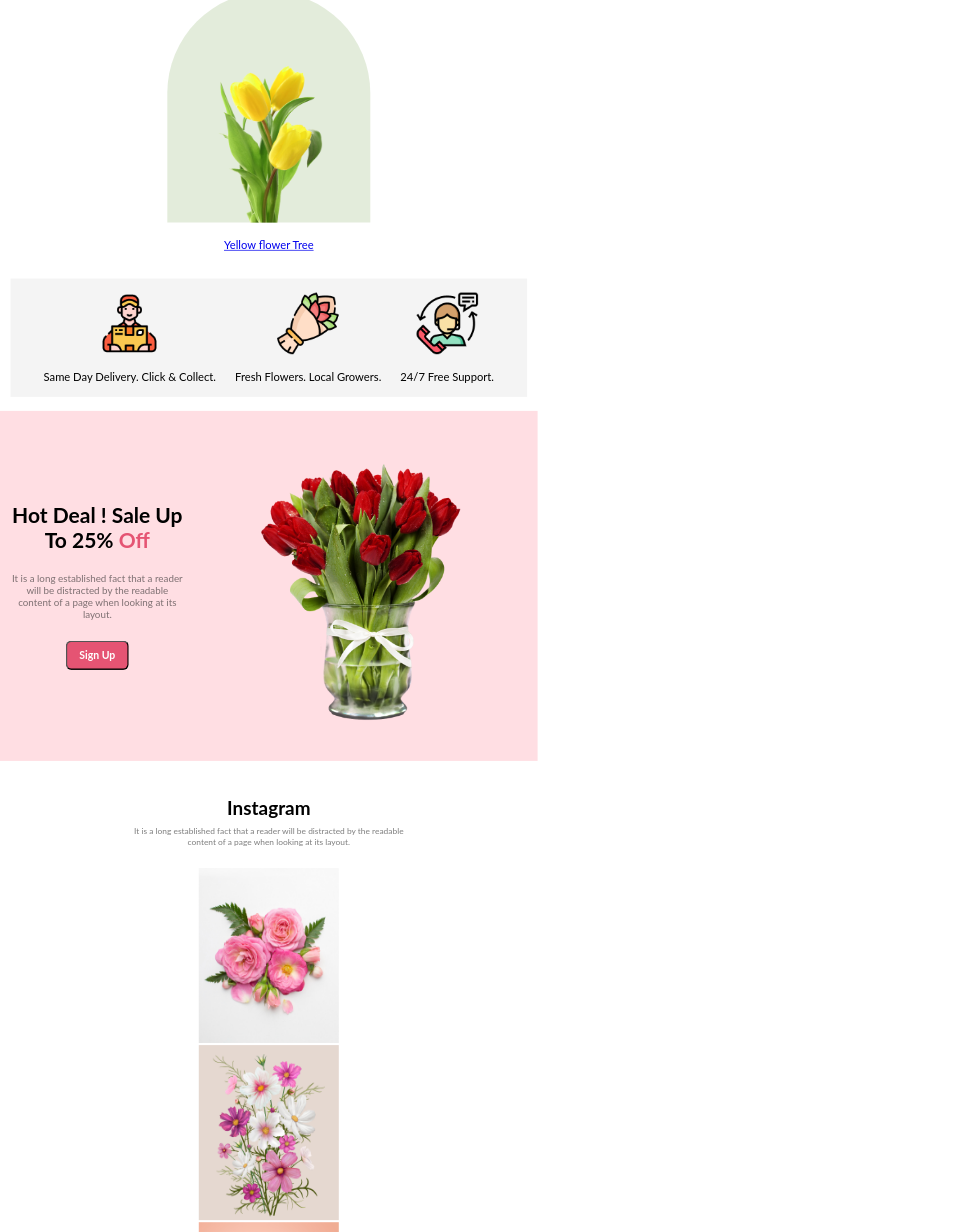
Repository: sadiaafsana138/Flower-Shop_Responsive
Page: index.html
An editor plug-in stored every save of this project. The page is shown before and after the next save, followed by the edit.
The browser window is 768 px wide. The page is 1400 px wide, so the pictures cover 1400 px, including what lies to the right of the window. The pictures show the part of the page from y = 1440 to 3200 px (the page is 4954 px tall), at 70% of full size.

Above is the page before, as saved 2023-09-07 05:50:42.

### index.html
<!DOCTYPE html>
<html lang="en">

<head>
    <meta charset="UTF-8">
    <meta name="viewport" content="width=device-width, initial-scale=1.0">
    <title>Flower Shop</title>
    <link rel="stylesheet" href="Flower.css">
</head>
<body>
    <header>
        <section class="Section1">
            <div>
                <div id="HeaderText1">
                    <h1>
                        Let's make<br>beautiful flowers<br>a part of your life.
                    </h1>
                </div>
                <div id="HeaderText2">
                    <p>
                        It is a long established fact that a reader will be distracted by the readable<br>content of a
                        page when looking at its layout. The point of using Lorem Ipsum is<br>that it has a more-or-less
                        normal distribution of letters.
                    </p>
                </div>
                <button class="Main_button">
                    Shop Now
                </button>
            </div>
            <div class="flowerBanner">
                <img src="Images/1.png" alt="Cover image" height="500px" width="400px">
            </div>
        </section>
    </header>
    <main>
        <section class="Section2">
            <div>
                <div id="Section_2_header1">
                    <h1>
                        Our Featured Flowers
                    </h1>
                </div>
                <div>
                    <p id="Section_2_header2">
                        It is a long established fact that a reader will be distracted by the readable<br>content of a
                        page when looking at its layout.
                    </p>
                </div>
            </div>
            <div class="Section_2_pictures">
                <div id="sec2_pic1">
                    <img src="Images/2.png" alt="" height="250px" width="180px">
                    <br>
                    <br>
                    <a href="https://flowersourcebd.com/" target="_blank">
                        Pink flower Tree
                    </a>
                </div>
                <div id="sec2_pic2">
                    <img src="Images/3.png" alt="" height="250px" width="230px">
                    <br>
                    <br>
                    <a href="https://flowersourcebd.com/" target="_blank">
                        Multi flower Tree
                    </a>
                </div>
                <div id="sec2_pic3">
                    <img src="Images/4.png" alt="" height="250px" width="180px">
                    <br>
                    <br>
                    <a href="https://flowersourcebd.com/" target="_blank">
                        Yellow flower Tree
                    </a>
                </div>
            </div>
        </section>
        <section class="Section3">
            <div class="Sec3_pic">
                <div>
                    <img src="Images/5.png" alt="">
                    <br>
                    <br>
                    <p>Same Day Delivery. Click & Collect.</p>
                </div>
                <div>
                    <img src="Images/6.png" alt="">
                    <br>
                    <br>
                    <p>Fresh Flowers. Local Growers.</p>
                </div>
                <div>
                    <img src="Images/7.png" alt="">
                    <br>
                    <br>
                    <p>24/7 Free Support.</p>
                </div>
            </div>
        </section>
        <section class="Section4">
            <div>
                <div id="Sec4_text1">
                    <h1>
                        Hot Deal ! Sale Up To 25% <span id="off_color">Off</span>
                    </h1>
                </div>
                <br>
                <div id="Sec4_text2">
                    <p>
                        It is a long established fact that a reader will be distracted by the readable<br>content of a page when looking at its layout.
                    </p>
                </div>
                <br>
                <button class="Main_button">
                    Sign Up
                </button>
            </div>
            <div id="sec4_vas">
                <img src="Images/8.png" alt="" height="380px" width="300px">
            </div>
        </section>
        <section class="Section5">
            <div>
                <div id="Section_2_header1">
                    <h1>
                        Instagram
                    </h1>
                </div>
                <div>
                    <p id="Section_2_header2">
                        It is a long established fact that a reader will be distracted by the readable<br>content of a
                        page when looking at its layout.
                    </p>
                </div>
            </div>
            <div class="Section_2_pictures">
                <div>
                    <img src="Images/9.png" alt="" height="250px" width="200px">
                </div>
                <div>
                    <img src="Images/10.png" alt="" height="250px" width="200px">
                </div>
                <div>
                    <img src="Images/11.png" alt="" height="250px" width="200px">
                </div>
                <div>
                    <img src="Images/12.png" alt="" height="250px" width="200px">
                </div>
            </div>
        </section>
        <section class="Section6">
            <div>
                <img src="Images/14.png" alt="" height="320px" width="700px">
                <br>
                <button class="ways">
                    See more
                </button>
            </div>
            <div>
                <img src="Images/15.png" alt="" height="320px" width="700px">
                <br>
                <input type="text" placeholder="Write your meessage here" size="50">
                <button class="message">
                    Submit
                </button>
            </div>
        </section>
        <section class="Section7">
            <div class="Sec7">
                <div id="Section_2_header1">
                    <h1>
                        Get The Latest Deals
                    </h1>
                </div>
                <div>
                    <p id="Section_2_header2">
                        $30 coupon for first shopping
                    </p>
                </div>
                <div>
                    <input type="email" placeholder="Input your Email Id here" size="50">
                <button class="message">
                    Subscribe
                </button>
                </div>
            </div>
        </section>
    </main>
    <footer>
        <section class="Section8">
            <div>
                <div id="Sec4_text1">
                    <h1>
                        <span id="off_color">Flower</span><span class="white_color">Shop</span>
                    </h1>
                </div>
                <br>
                <div id="Sec4_text2">
                    <p class="white_color">
                        It is a long established fact that a reader will be distracted by the readable<br>content of a page when looking at its layout.
                    </p>
                    <br>
                    <p id="assh">
                        @2020-2023, FlowerShop.com. All rights reserved
                    </p>
                </div>
            </div>
        </section>
    </footer>
</body>
</html>

### Flower.css
*{
    margin:0px;
    font-family: Lato;
    font-style: normal;
}
/*Section 1*/
.Section1{
    background-color: rgb(255, 222, 227);
    height:500px;
    width: 100%;
    display: flex;
    justify-content: space-around;
}
#HeaderText1{
    padding: 100px 70px 5px 100px;
    font-size:  25px;
    font-weight: 800;

}
#HeaderText2{
    padding: 10px 0px 5px 100px;
    font-size:  12px;
    font-weight: 400;
    color:rgba(39, 39, 39, 0.60);
}
.Main_button{
    border-radius: 8px;
    background: #E55473;
    color: #FFF;
    font-size: 15px;
    font-weight: 700;
    padding: 10px 17px;
    margin: 10px 0px 0px 100px;
}
/*Section 2*/
#Section_2_header1{
    padding: 50px 0px 10px 0px;
    font-size:  18px;
    font-weight: 800;
    text-align: center;
}
#Section_2_header2{
    font-size:  12px;
    font-weight: 400;
    color:rgba(39, 39, 39, 0.60);
    text-align: center;
}
.Section_2_pictures{
    margin: 30px 150px 0px;
    justify-content: space-around;
    display: flex;
}
#sec2_pic1{
    border-radius: 300px 300px 0px 0px;
    background: rgba(167, 33, 98, 0.15);
    height:250px ;
    width: 230px;
    padding: 80px 30px 0px 30px;
    text-align: center;
}
#sec2_pic2{
    border-radius: 300px 300px 0px 0px;
    background:rgba(5, 151, 160, 0.15);
    height: 250px;
    width: 230px;
    padding: 80px 30px 0px 30px;
    text-align: center;
}
#sec2_pic3{
    border-radius: 300px 300px 0px 0px;
    background: rgba(71, 125, 17, 0.15);
    height: 250px;
    width: 230px;
    padding: 80px 30px 0px 30px;
    text-align: center;

}
/*Section 3*/
.Sec3_pic{
    background: rgba(39, 39, 39, 0.05);
    margin: 100px 185px 0px;
    padding: 50px 0px 30px;
    justify-content: space-around;
    display: flex;
    text-align: center;
}
/* Section 4 */
.Section4{
    margin-top: 50px;
    background-color: rgb(255, 222, 227);
    height:500px;
    width: 100%;
    display: flex;
    justify-content: space-around;
    text-align: center;
}
#Sec4_text1{
    padding: 200px 70px 5px 170px;
    font-size:25px;
    font-weight: 800;
}
#Sec4_text2{
    padding: 10px 0px 0px 100px;
    font-size:  15px;
    font-weight: 400;
    color:rgba(39, 39, 39, 0.60);
}
#off_color{
    color: #E55473;
}
#sec4_vas{
    padding: 100px 120px ;
}
/*section 6 */
.Section6{
    margin-top: 50px;
    background-color: rgb(255, 222, 227);
    height:400px;
    width: 100%;
    display: flex;
    justify-content: space-around;
}
.message{
    border-radius: 8px;
    background: #E55473;
    color: #FFF;
    font-size: 15px;
    font-weight: 700;
    padding: 10px 25px;
    margin: 10px 0px 0px 10px;
}
.ways{
    border-radius: 8px;
    background: #E55473;
    color: #FFF;
    font-size: 15px;
    font-weight: 700;
    padding: 10px 30px;
    margin: 10px 250px ;
}
/*section 7*/
.Section7{
    background-image: url(Images/13.png);
    margin: 100px 185px 0px;
}
.Sec7{
    padding: 50px 0px 30px;
    text-align: center;
}
/*Section 8*/
.Section8{
    margin-top: 50px;
    background-color: rgb(0, 0, 0);
    height:400px;
    width: 100%;
    text-align: center;

}
.white_color{
    color: #FFF;
}
#assh{
    color: rgba(169, 169, 169, 0.589);
}




/*Responsive*/
/*Tab*/
@media screen and (min-width:768px) and (max-width:992px) {
    .Section1{
    height:505px;
    justify-content: space-evenly;
    }
    #HeaderText1{
        padding: 100px 10px 10px 10px;
    }
    #HeaderText2{
        padding: 10px;
    }
    .Main_button{
        margin: 10px 0px 0px 10px;
    }
    .flowerBanner img{
        max-width:100% ;
        height: auto;
    }
    .Section2{
        padding:10px;
    }
    .Section_2_pictures{
        margin: 30px 150px 0px;
        justify-content: space-evenly;
    }
    .Section4{
        margin-top: 20px;
        justify-content: space-evenly;
    }
    #Sec4_text1{
        padding: 130px 0px 5px 10px;
        font-size:20px;
    }
    #Sec4_text2{
        padding: 5px 0px 0px 10px;
        font-size:  14px;
    }
    #sec4_vas{
        padding: 70px 100px ;
    }

}







/*Mobile*/
@media screen and (max-width:768px) {
    .Section1{
        height:505px;
        justify-content: space-evenly;
        }
        #HeaderText1{
            padding: 100px 10px 10px 10px;
            font-size:  18px;
        }
        #HeaderText2{
            padding: 10px;
        }
        .Main_button{
            margin: 10px 0px 0px 10px;
        }
        .flowerBanner img{
            max-width:100% ;
            height: 450px;
        }
        .Section_2_pictures{

            align-items: center;
            flex-direction: column;

        }
        #sec2_pic1,#sec2_pic2,#sec2_pic3{
            margin-bottom:50px;
        }
        .Sec3_pic{
            margin: 20px 15px;
            padding: 20px;
            justify-content: space-evenly;
        }
}

After the next save:
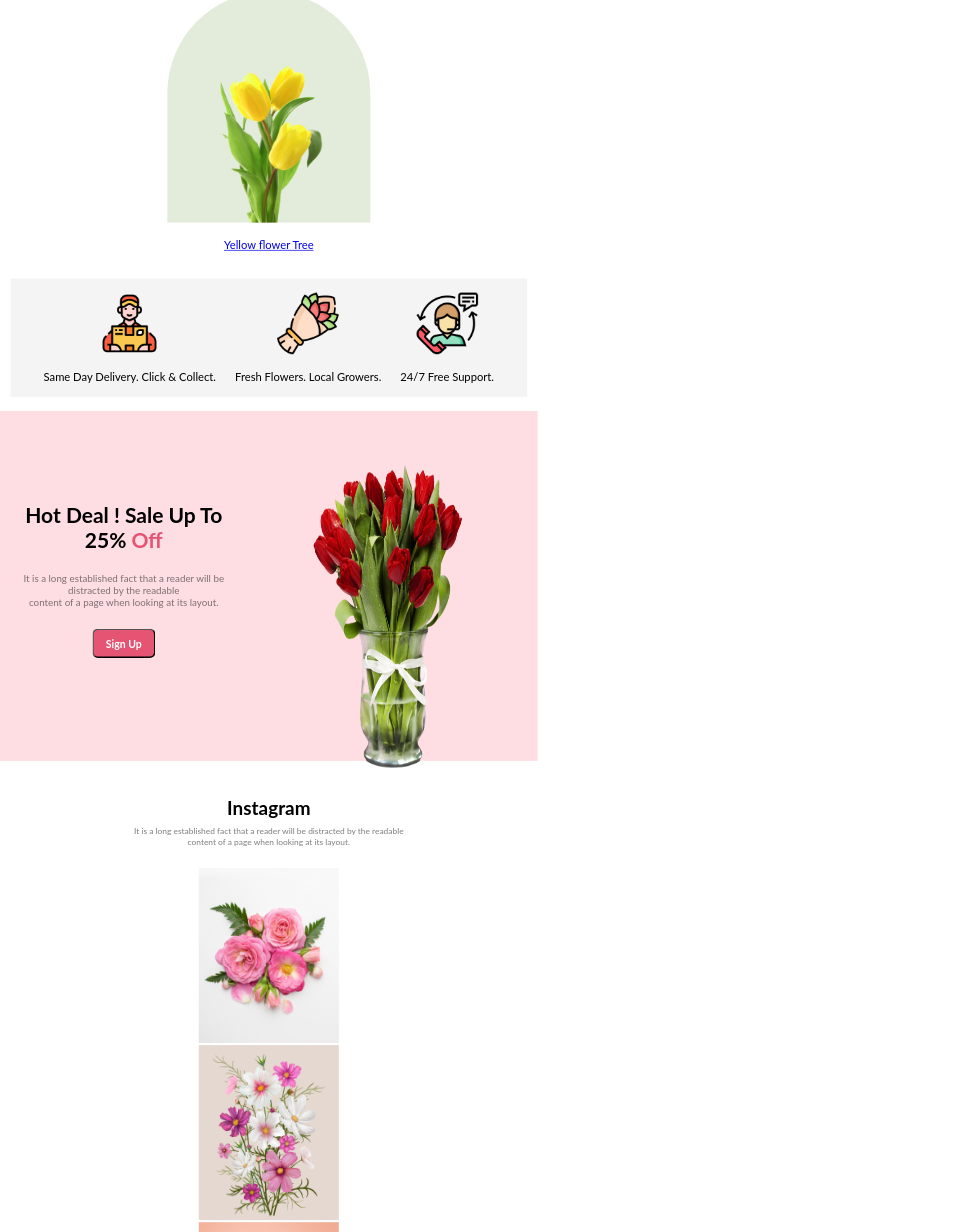
Saved 87 s later.
--- a/Flower.css
+++ b/Flower.css
@@ -251,4 +251,23 @@
             padding: 20px;
             justify-content: space-evenly;
         }
-}
+        .Section4{
+            margin-top: 20px;
+            justify-content: space-evenly;
+        }
+        #Sec4_text1{
+            padding: 130px 0px 5px 10px;
+            font-size:20px;
+        }
+        #Sec4_text2{
+            padding: 5px 0px 0px 10px;
+            font-size:  14px;
+        }
+        #sec4_vas{
+            padding: 70px 100px ;
+        }
+        #sec4_vas img{
+            max-width:100% ;
+            height: 450px;
+        }
+}
